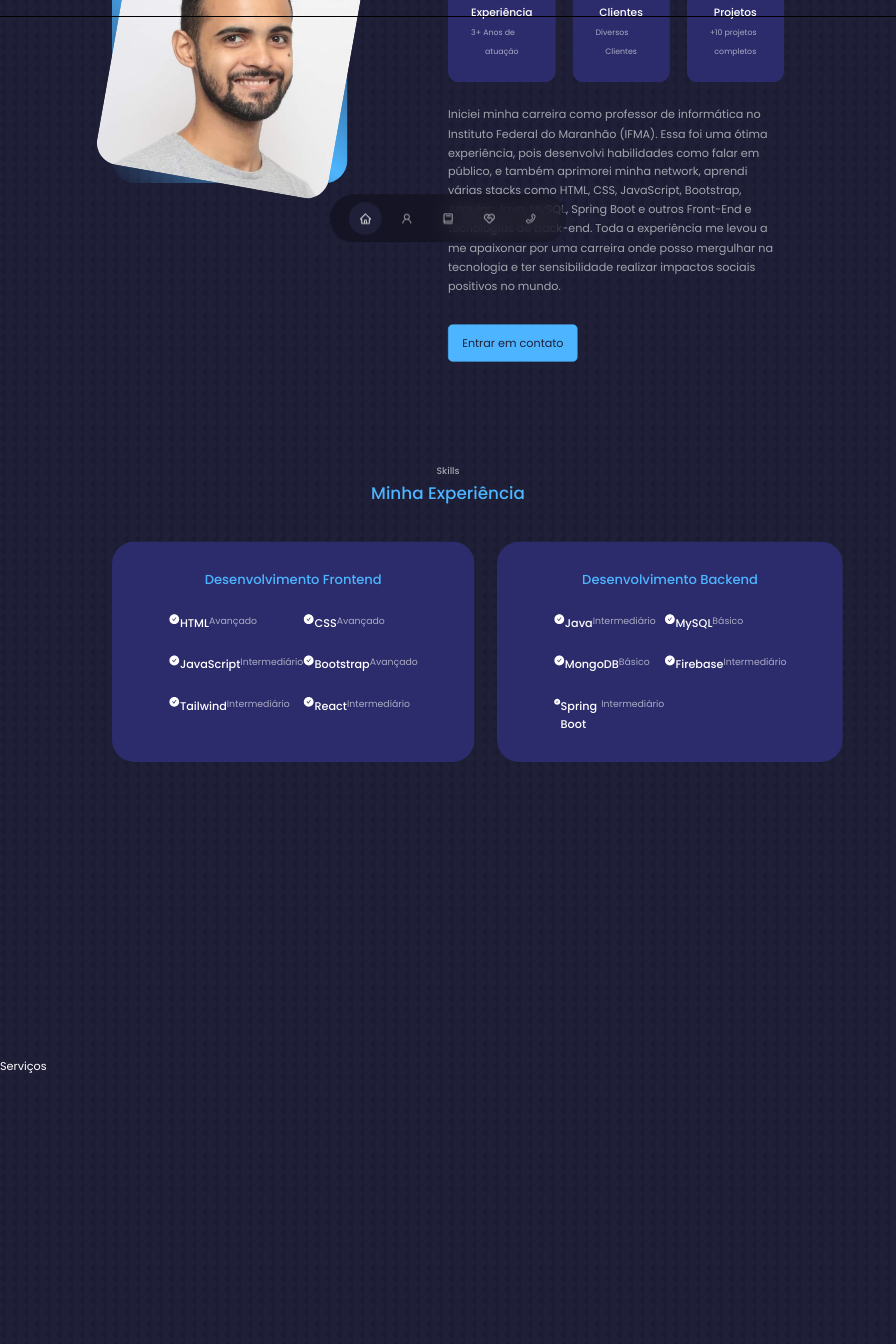
Repository: Mardoqueu/react-portfolio-website
Page: /
These files come from the project's save history. The page is drawn as it stood at one moment and after a run of saves; the edit follows.
The browser window is 1280 px wide. The pictures show the part of the page from y = 342 to 2262 px (the page is 5142 px tall), at 70% of full size.
The project was rebuilt for these pictures with package versions that can differ from the ones it lists, and the page was loaded fresh each time. Also part of the build but not shown: src/components/header/header.css, src/components/services/services.css, src/components/portfolio/portfolio.css, src/components/testimonials/testimonials.css, src/components/contact/contact.css, src/components/footer/footer.css.

Above is the page before, as saved 2022-10-23 10:18:15.

After the next 3 saves:
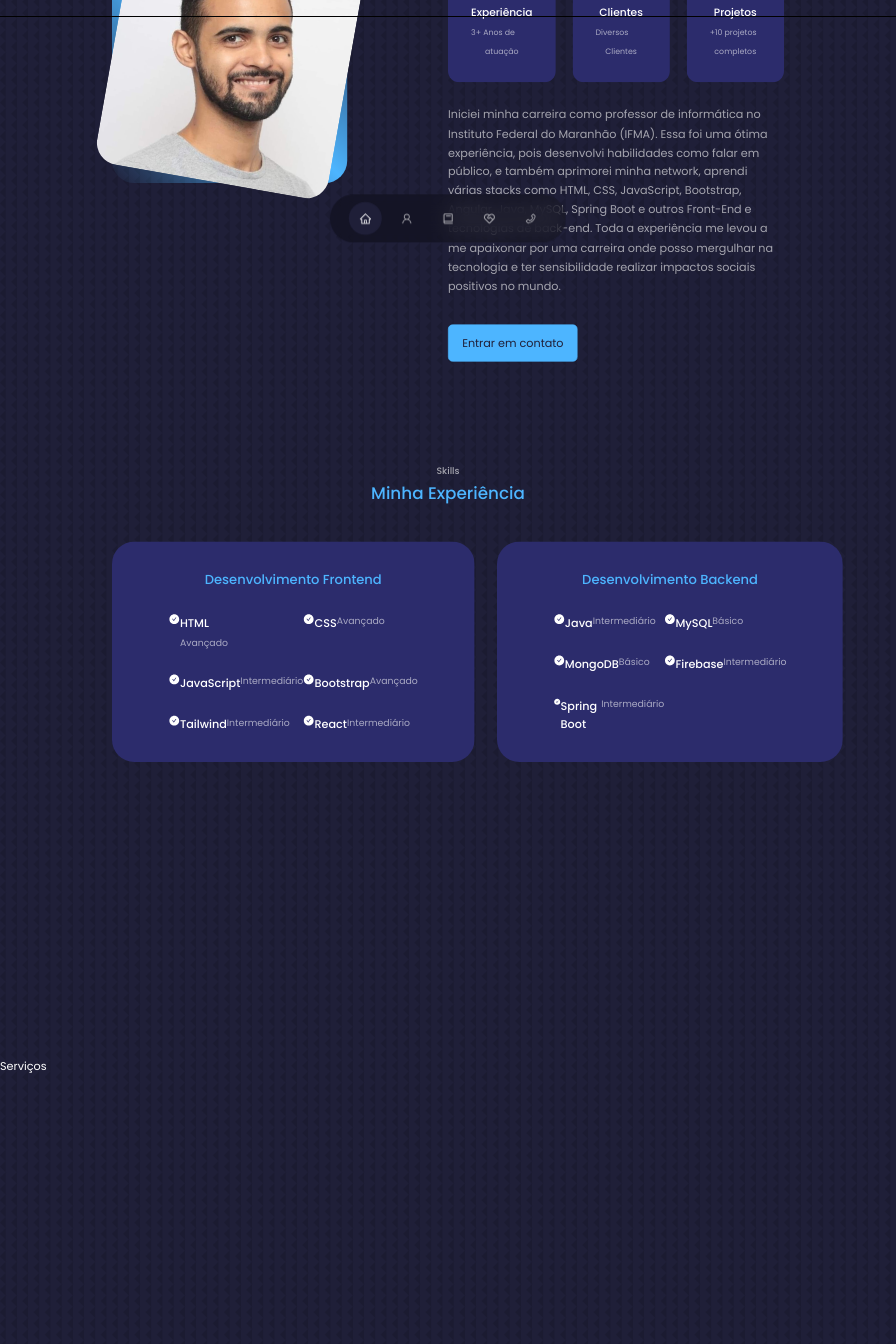
The 3 saves are shown as one change because they came seconds apart.
The last was saved 9 s later.
--- a/src/components/experience/Experience.jsx
+++ b/src/components/experience/Experience.jsx
@@ -13,9 +13,10 @@
             <div className='experience__content'>
               <article className='experience__details'>
                 <AiFillCheckCircle/>
-                <div></div>
-                <h4>HTML</h4>
-                <small className='text-light'>Avançado</small>
+                <div>
+                  <h4>HTML</h4>
+                  <small className='text-light'>Avançado</small>
+                </div>
               </article>
               <article className='experience__details'>
                 <AiFillCheckCircle/>
